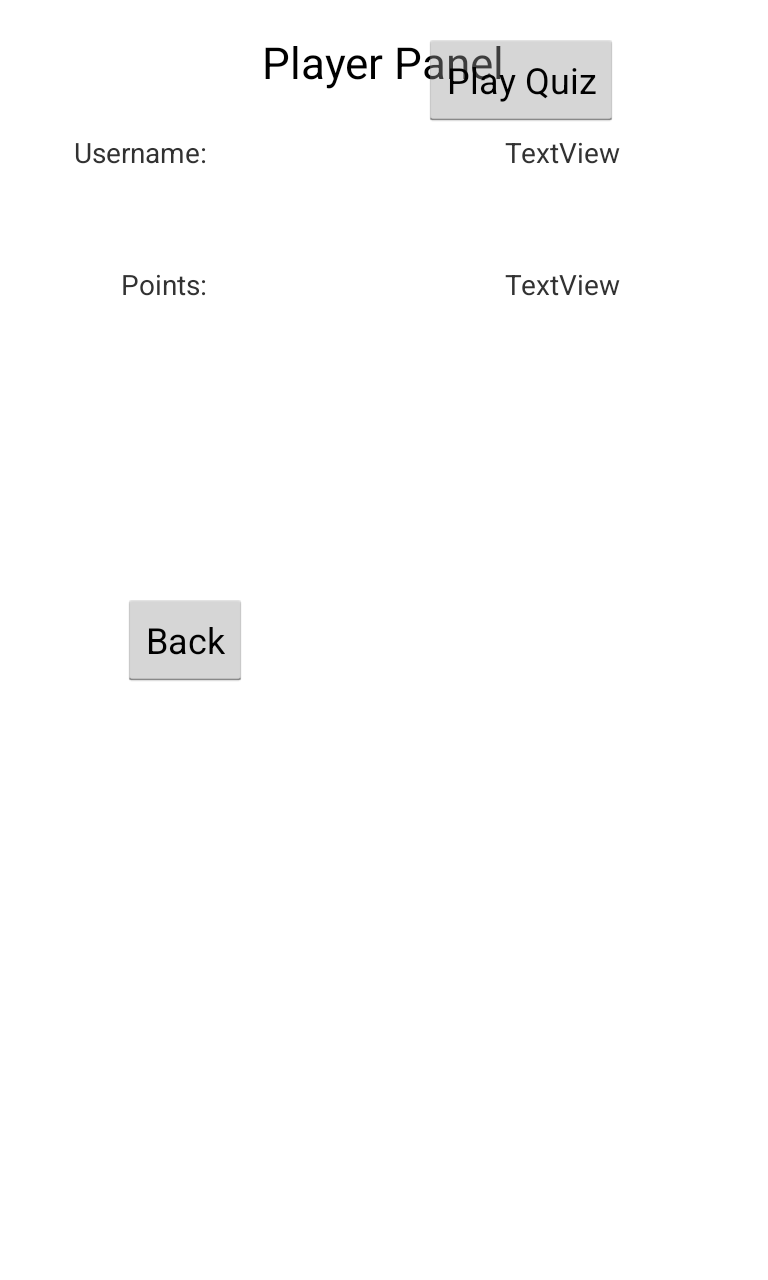
Repository: Sharkeysps/AndroidProjects
Layout: AndroidQuiz/Quiz/res/layout/activity_player_panel.xml
These files come from the project's save history. The layout is drawn as it stood at one moment and after the next save; the edit follows.
It is drawn on a 768 x 1280 px phone screen (xhdpi) without system bars, with theme AppTheme; the app's code is not run.

Above is the layout before, as saved 2014-02-01 15:05:27.

After the next save:
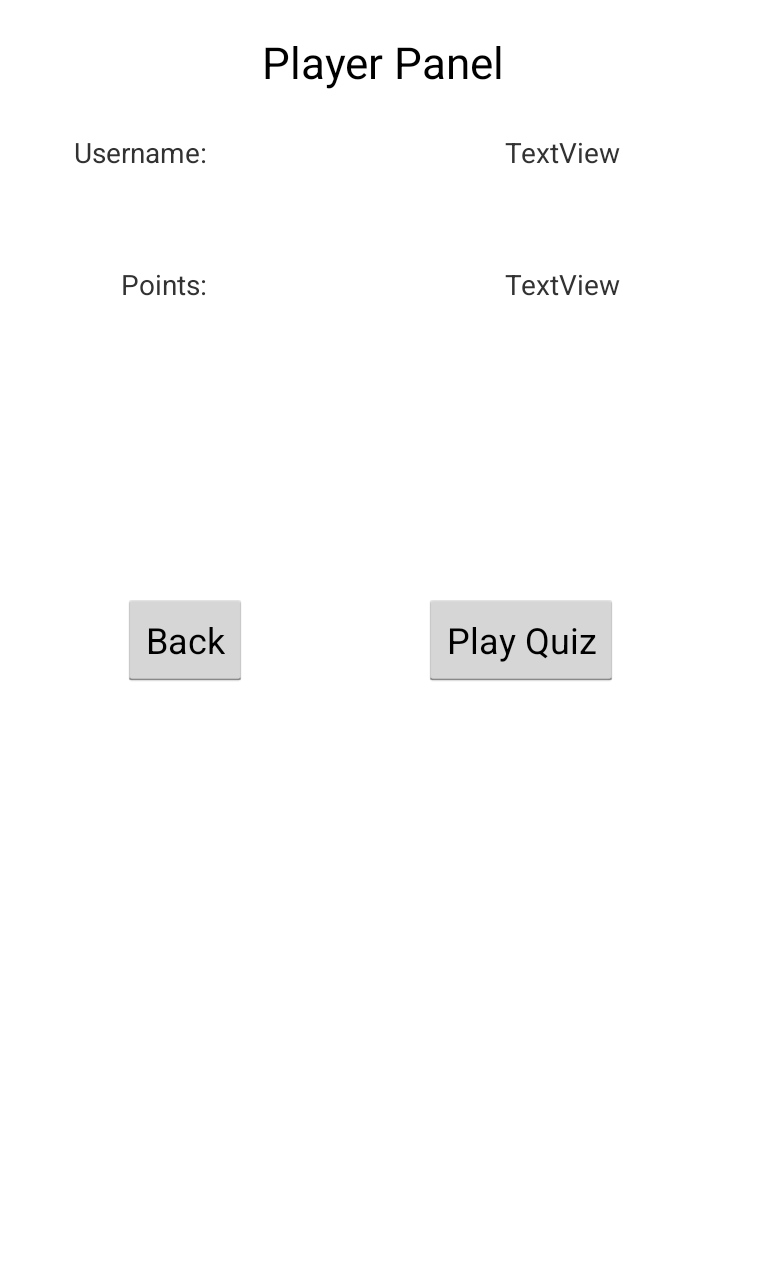
Saved 13 s later.
--- a/AndroidQuiz/Quiz/res/layout/activity_player_panel.xml
+++ b/AndroidQuiz/Quiz/res/layout/activity_player_panel.xml
@@ -65,9 +65,8 @@
         android:id="@+id/playQuiz"
         android:layout_width="wrap_content"
         android:layout_height="wrap_content"
-        android:layout_alignBaseline="@+id/button1"
-        android:layout_alignBottom="@+id/button1"
         android:layout_alignRight="@+id/playerPoints"
+        android:layout_centerVertical="true"
         android:text="Play Quiz" />
 
 </RelativeLayout>
